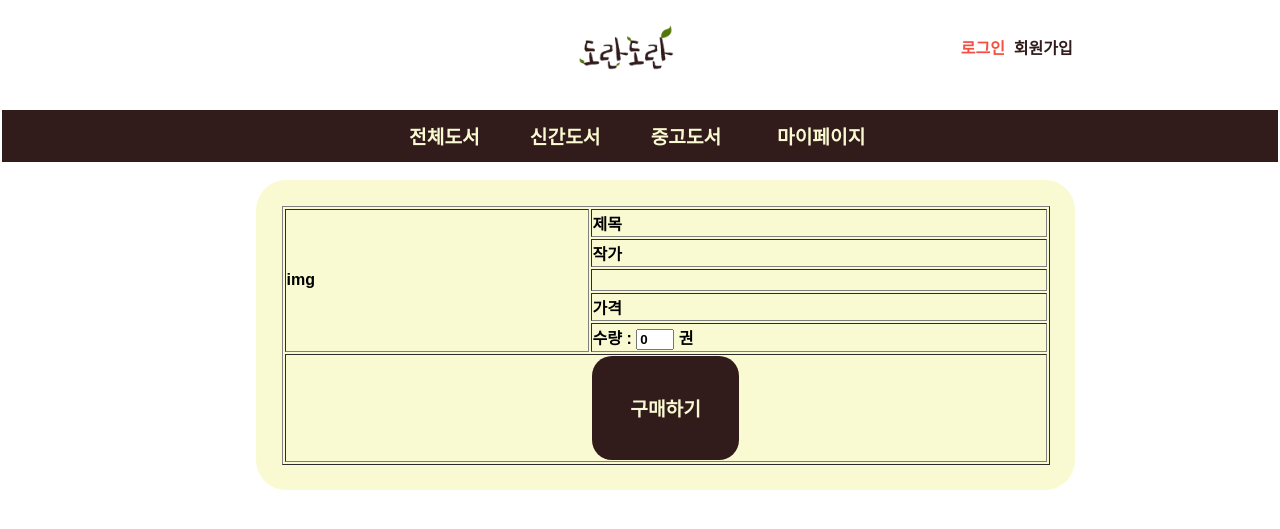
Repository: juhyun110701/DORANDORAN
Page: http://localhost/dorandoran/bookView.jsp
An editor plug-in stored every save of this project. The page is shown before and after the next save, followed by the edit.
The browser window is 1280 px wide. The pictures show the whole page.
Some web fonts or font styles are not loaded; a fallback is used. The page is served by Tomcat 9. Other server files are loaded and not shown.

Above is the page before, as saved 2019-07-31 12:32:05.

### dorandoran/WebContent/bookView.jsp
<%@ page language="java" contentType="text/html; charset=UTF-8"
    pageEncoding="UTF-8" import="java.sql.*"%>
<%@ page import="doran.db.connection.DBConnection" %>
<!DOCTYPE html>
<html>
<head>
<meta charset="utf-8">
<title>도란도란</title>
<!--
<link rel="shortcut icon" href="img/logo.png">
<link rel="apple-touch-icon" href="img/logo_apple.png">
-->
<link rel="stylesheet" href="css/bookView.css">
<link href="https://fonts.googleapis.com/css?family=Sunflower:300&display=swap" rel="stylesheet">
<script>
//maxlength 체크
function maxLengthCheck(object){
 if (object.value.length > object.maxLength){
  object.value = object.value.slice(0, object.maxLength);
 }
}
</script>
</head>
<body>
<jsp:include page="top.jsp" flush="false"/><p>
<%
	//db연결
	Connection conn=null;
    PreparedStatement pstmt=null;
    String sql="select * from book where ";
%>
<div id="box" align="center">
<table border=1 id="whole">
	<tr>
		<td rowspan=5 width="40%">img</td>
		<td>제목</td>
	</tr>
	<tr>
		<td>작가</td>
	</tr>
	<tr>
		<td><br></td>
	</tr>
	<tr>
		<td>가격</td>
	</tr>
	<tr>
		<td>
			수량 : <input type="number" name="amount" value=0 max=99 maxlength=2 style="width:30px;" oninput="maxLengthCheck(this)"> 권
		</td>
	</tr>
	<tr>
		<td colspan=2 align="center">
			<input type="button" id="buy" class="btn" value="구매하기">
		</td>
	</tr>
</table>
</div>

</body>
</html>

### dorandoran/WebContent/top.jsp
<%@ page language="java" contentType="text/html; charset=UTF-8"
    pageEncoding="UTF-8"%>
<!DOCTYPE html>
<html>
<head>
<meta charset="utf-8">
<title>도란도란</title>
<!--
<link rel="shortcut icon" href="img/logo.png">
<link rel="apple-touch-icon" href="img/logo_apple.png">
-->
<link rel="stylesheet" href="css/index.css">
<link href="https://fonts.googleapis.com/css?family=Sunflower:300&display=swap" rel="stylesheet">
<script>
	function check(){
		alert("로그인 후 이용하실 수 있습니다");
		return ;
	}
</script>
</head>
<body>
    <table id="whole">
        <tr>
            <td width="45%"></td>
            <td width="10%"><a href="index.jsp"><img src="img/logo.png" width="80%"></a></td>
            <td width="45%" style="padding-left:20%;">
            <div id="login"></div>
                		<a href="login.jsp" class="top_menu" style="color:#f54e42;" target="_top">로그인</a>&nbsp;
                		<a href="signup.jsp" class="top_menu" target="_top">회원가입</a><p>
            </td>
        </tr>
        <tr class="menu">
            <td colspan=3>
                <table width="100%" height="50px">
                    <tr>
                       <td width="30%"></td>
                        <td class="menu_in"><a href="index.jsp">전체도서</a></td>
                        <td class="menu_in"><a href="recentBook.jsp">신간도서</a></td>
                        <td class="menu_in"><a href="oldBook.jsp">중고도서</a></td>
                        <td class="menu_in"><a onclick="check()">마이페이지</a></td>
                        <td width="30%"></td>
                    </tr>
                </table></td>
        </tr>
    </table>
</body>
</html>

### dorandoran/WebContent/css/bookView.css
body{
    margin:0;
}

*{
    font-family: 'Sunflower', sans-serif;
    font-weight:bold;
}

#whole{
    width:100%;
    height:100%;
}

a{
    text-decoration: none;
}

#box{
    background-color:lightgoldenrodyellow;
    border-radius:30px;
    width:60%;
    margin-left: 20%;
    padding:2%;
}

.btn{
	background-color:#311b1b;
	color:lightgoldenrodyellow;
	border-radius:20px;
	border:0;
	outline:0;
	padding:5%;
	font-size:120%;
}

.top_menu{
    color:#311b1b;
}

.top_menu:hover{
    color:#ed6853;
}

#logout{
	background-color:transparent;
	border:none;
	outline:none;
}

.menu{
    background-color:#311b1b;
    text-align:center;
    font-size:120%;
}

.menu_in a{
    color:lightgoldenrodyellow;
    width:10%;
}

.menu_in a:hover{
    color:#ed6853;
}

### dorandoran/WebContent/css/index.css
body{
    margin:0;
}

*{
    font-family: 'Sunflower', sans-serif;
    font-weight:bold;
}

#whole{
    width:100%;
    height:100%;
}

a{
    text-decoration: none;
}

.top_menu{
    color:#311b1b;
}

.top_menu:hover{
    color:#ed6853;
}

#logout{
	background-color:transparent;
	border:none;
	outline:none;
}

.menu{
    background-color:#311b1b;
    text-align:center;
    font-size:120%;
}

.menu_in a{
    color:lightgoldenrodyellow;
    width:10%;
}

.menu_in a:hover{
    color:#ed6853;
}

After the next save:
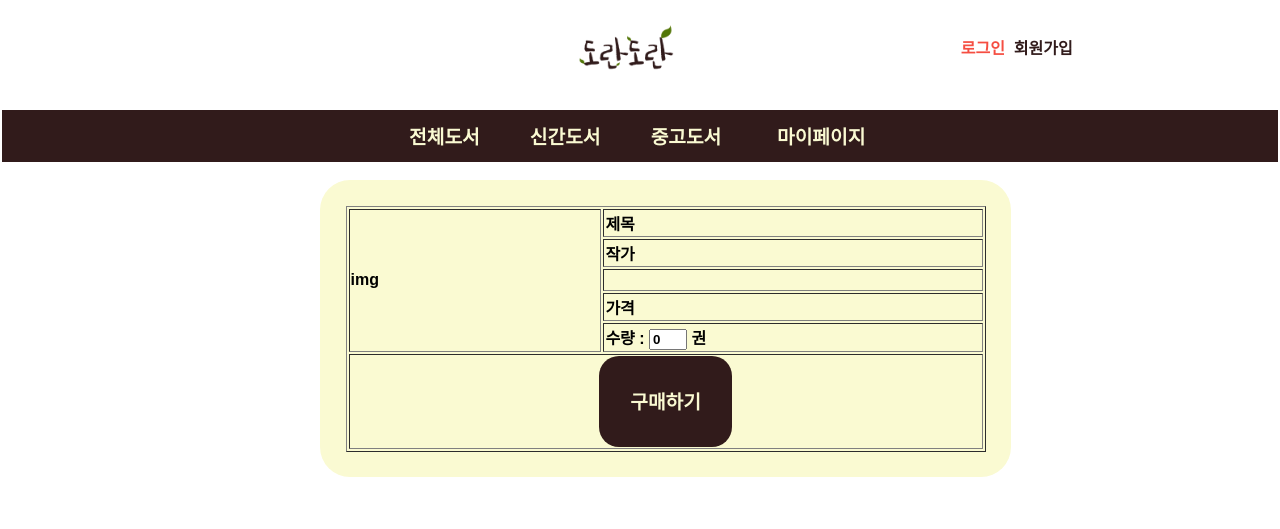
Saved 36 s later.
--- a/dorandoran/WebContent/css/bookView.css
+++ b/dorandoran/WebContent/css/bookView.css
@@ -19,8 +19,8 @@ a{
 #box{
     background-color:lightgoldenrodyellow;
     border-radius:30px;
-    width:60%;
-    margin-left: 20%;
+    width:50%;
+    margin-left: 25%;
     padding:2%;
 }
 
